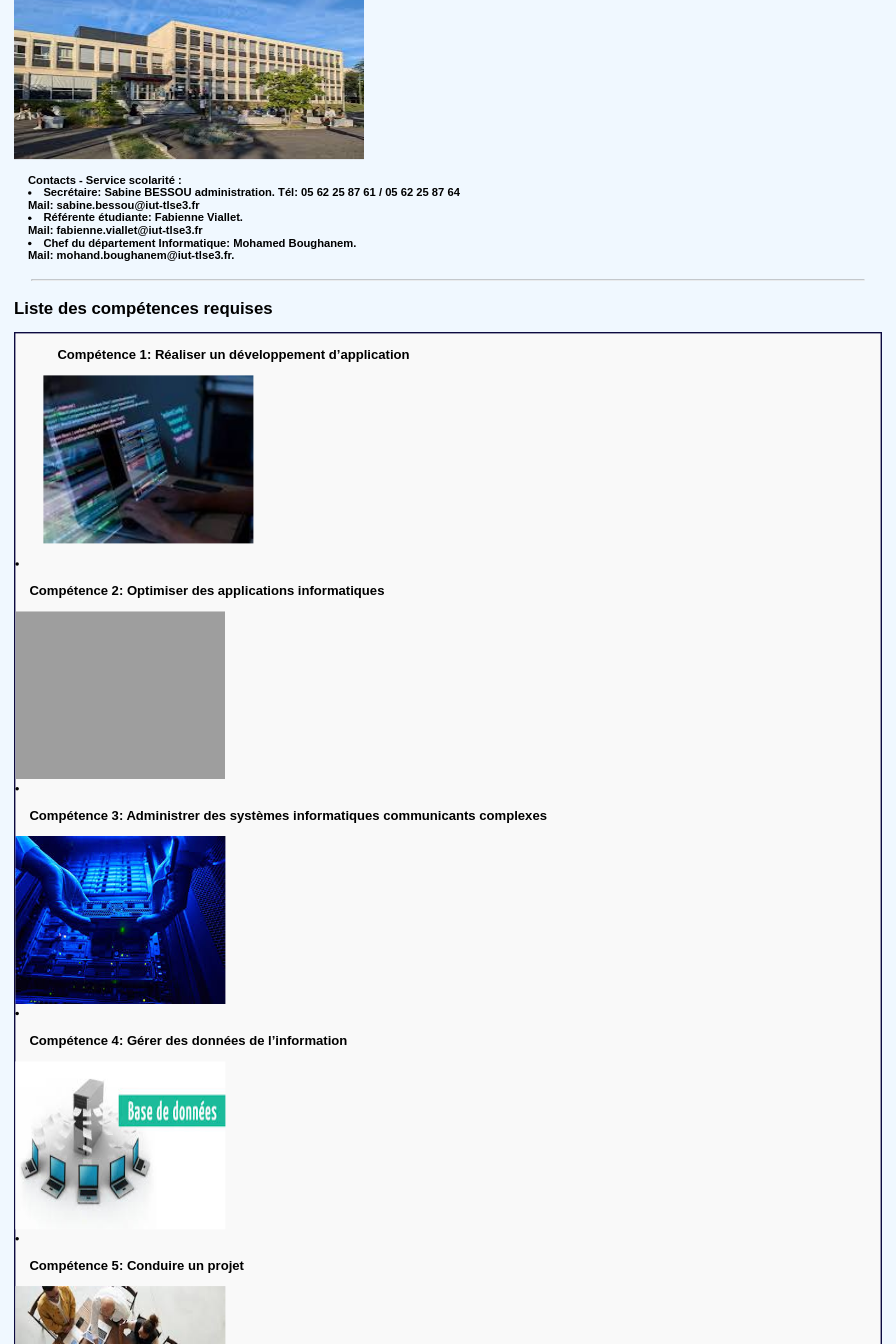
Repository: s0yManar/projet-web-R102
Page: MON.PROJET.HTML&CSS/page.accueil.html
The author's editor kept a copy of each file at every save. The page is drawn from the files as they stood at one save, then again after the next save.
The browser window is 1280 px wide. The pictures show the part of the page from y = 536 to 2456 px (the page is 3280 px tall before and 3348 px after), at 70% of full size.
Pictures or frames that could not be fetched are drawn as grey boxes.

Above is the page before, as saved 2025-11-25 10:01:01.

### MON.PROJET.HTML&CSS/page.accueil.html
<!DOCTYPE html>
<html lang= "fr">


<head>
    <meta charset="UTF-8">
    <meta name = "viewport" content="width-device-witch" initial scale=" 1.0">
    <link rel="stylesheet" href="page-accueil.css">
    <title> Accueil</title>
</head>

<body>
    <header id="header">
        <img src="logo-université.jpg" alt="Université de Toulouse" width="100" height="50">
        <img src="logo-IUT.jpg" alt="Logo de l'IUT de Toulouse" width="80" height="50">
        <img src="logo-but.jpg" alt="logo du BUT" width="50" height="50">
    </header>

    <!--  section reservée à la Historique du BUT: une image sur le BUT à gauche
      et du texte conçu sur le BUT avec un lien vers une source wikipédia  -->

      <div id="descriptif_BUT">
        <div id="descriptif_BUT_img">
            <img src="illustratif.jpg" alt="Image diplome BUT" width="400" height="300">
         </div>

    <h1>  Descriptif général de la formation BUT  </h1>
       <p>Le "bachelor universitaire de technologie" (BUT) est un diplôme de licence professionnelle porté exclusivement par les instituts universitaires de technologie (IUT), sanctionnant une formation organisée en 180 ECTS et conférant le grade de licence. La formation joue aussi un rôle essentiel dans l’adaptation aux transformations futures des métiers : elle permet d’anticiper les évolutions du marché du travail, de développer sa carrière et de répondre à ses propres besoins de qualification. Elle s’inscrit dans une logique d’apprentissage tout au long de la vie, favorisant ainsi l’amélioration continue des compétences. <a href= "https://fr.wikipedia.org/wiki/Bachelor_universitaire_de_technologie"  title="Lien de documentation sur le BUT WIkipédia"> Plus d'informations sur le BUT </a></p>
    </div>


    <!-- position -->

    <hr>

    <section>
        <!-- section réservée à l'IUT Informatique TR avec photo (quand souris passe, zoom) à gauche,
        du texte à droite et en dessous une LISTE de contact-->
        <p>L'IUT Informatique Toulouse Rangueil se situe au 133 avenue de Rangueil. </p>
        <div class="conteneur">
        <img src="photoIUT.jpg" alt="Photographie de l'IUT site de Rangueil" width="500" height="250">
        </div>
        <div>
            <h4> Contacts - Service scolarité :
                <li> Secrétaire: Sabine BESSOU administration. Tél: 05 62 25 87 61 / 05 62 25 87 64
                    <br>
                Mail: sabine.bessou@iut-tlse3.fr </li>
                <li> Référente étudiante: Fabienne Viallet.<br>  Mail:  fabienne.viallet@iut-tlse3.fr
 </li>
                <li> Chef du département Informatique: Mohamed Boughanem. <br>  Mail: mohand.boughanem@iut-tlse3.fr. </li>
             </h4>
        </div>
    </section>

<hr>

    <!--section pour une liste des compétences, contenant une liste de blocs de compétences avec chcunes d'elles illustrées par une image, liste des compétences fondamentales, les blocs doivent être encadrés -->

    <h2> Liste des compétences requises</h2>
<div class="bloc_competences">
     <ol><h3> Compétence 1: Réaliser un développement d’application  </h3>
        <img src="compétence1.jpg" alt="Illustration fictive de développement Informatique" width="300" height="240" >
    </ol>


    <li> <h3> Compétence 2: Optimiser des applications informatiques </h3>
    <img src="compétence2.jpg" alt="Illustration fictive d'optimisation" width="300" height="240">
    </li>

    <li> <h3> Compétence 3: Administrer des systèmes informatiques communicants complexes </h3>
    <img src= "compétence3.jpg" alt="Illustration fictive d'administration systèmes" width="300" height="240" >
    </li>

    <li> <h3> Compétence 4: Gérer des données de l’information </h3>
    <img src="compétence_basesdedonnées.jpg" alt=" Illustration fictive de conception de base de données" width="300" height="240">
    </li>

    <li> <h3> Compétence 5: Conduire un projet</h3>
    <img src="gestionprojet_jpg.jpg" alt="Illustration fictive" width="300" height="240">
    </li>

    <li> <h3> Compétence 6: Travailler dans une équipe informatique</h3>
    <img src="collaboration.jpg" alt="Illustration fictive " width="300" height="240" >
    </li>

</div>



<hr>

<div id="restocrous" content="la vie étudiante" >
    <!-- section pour la vie étudiante, à gauche du texte factice, à droite une image cliquable vers la restauration à l'IUT  -->
     <a href="https://iut.univ-tlse3.fr/des-points-de-restauration-du-crous-dans-vos-campus" title="Portail vers des informations de restauration autour de l'IUT" >
    <img class="affichage_img" src="restocrous.jpg" alt="Photo d'un restaurant universitaire" width="300" height="250" >
    </a>

 <p>Quam ob rem vita quidem talis fuit vel fortuna vel gloria, ut nihil posset accedere, moriendi autem sensum celeritas abstulit; quo de genere mortis difficile dictu est; quid homines suspicentur, videtis; hoc vere tamen licet dicere,
 P. Scipioni ex multis diebus, quos in vita celeberrimos.
  Nullam fusce basilico turpis, pretium fusce lasagna justo varius. Aenean espresso ligula elit, sagittis fusce focaccia velit tristique.

Proin fusce cucina orci, aliquet fusce gelato diam. Donec sapore purus, mattis fusce prosciutto orci imperdiet. Mauris fusce calamari risus, dictum fusce bruschetta lacus fermentum.</p>
     <!-- faire en sorte que mon image soit cliquable
    positionnement des images et du texte, ajout d'un font
    -->
</div>



</html>

### MON.PROJET.HTML&CSS/page-accueil.css
/* Style général */
body {
    font-family: Arial, Helvetica, sans-serif;
    margin: 20px;
    background-color: aliceblue;

}

#header {
    display: flex;
    align-items: flex-start;
    gap: 30px;
    padding: 10px;
    border-bottom: 2px solid #bfbfbf;
    background-color: darkblue;
}

#conteneur {
    display: flex;
    width: 300px;
    height: 250px;
    justify-content: space-between;

}
/* IMAGE DU BUT À DROITE DANS LA SECTION DESCRIPTIF */
#descriptif_BUT {
    display: flex;
    align-items: center;
    gap: 30px;
    margin-top: 25px;
    margin-left: 20px;
    margin-bottom: 10px
}

#descriptif_BUT_img {
    display:flex;
    align-items: right;
    margin-left: 20px;
    margin-bottom: 10px

}


hr {
    margin: 25px ;
    color:darkslategray
}


.conteneur {
    display: flex;
    position: relative;
    text-align: left;

}

.contenu img {
    border: 1px solid #ccc;
}

.bloc_competences {
    border: 2px solid #0d0b41;
    background-color: #f9f9f9;

}

/* Image cliquable de la vie étudiante */
.affichage_img {
    display: flex;
    margin-top: 15px;
    border: 1px solid #cfcfcf;
}

#zoom {

}
/* Petits ajustements de texte */


h3, h4 {
    margin-left: 20px;
}

#restocrous {
    display: flex;
    align-items: center;
    gap: 15px;
}

After the next save:
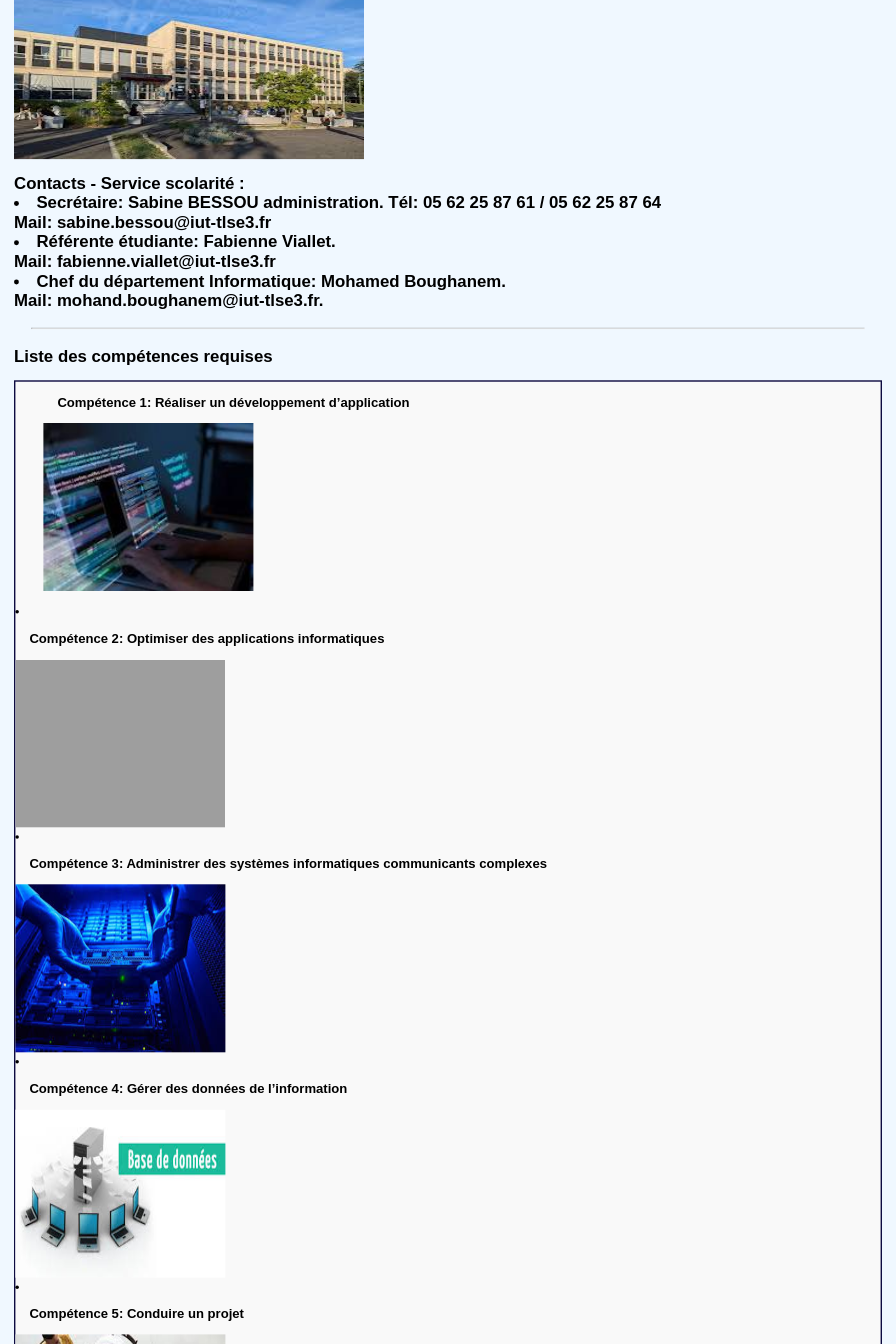
Saved 15 s later.
--- a/MON.PROJET.HTML&CSS/page.accueil.html
+++ b/MON.PROJET.HTML&CSS/page.accueil.html
@@ -41,7 +41,7 @@
         <img src="photoIUT.jpg" alt="Photographie de l'IUT site de Rangueil" width="500" height="250">
         </div>
         <div>
-            <h4> Contacts - Service scolarité :
+            <h1> Contacts - Service scolarité :
                 <li> Secrétaire: Sabine BESSOU administration. Tél: 05 62 25 87 61 / 05 62 25 87 64
                     <br>
                 Mail: sabine.bessou@iut-tlse3.fr </li>
